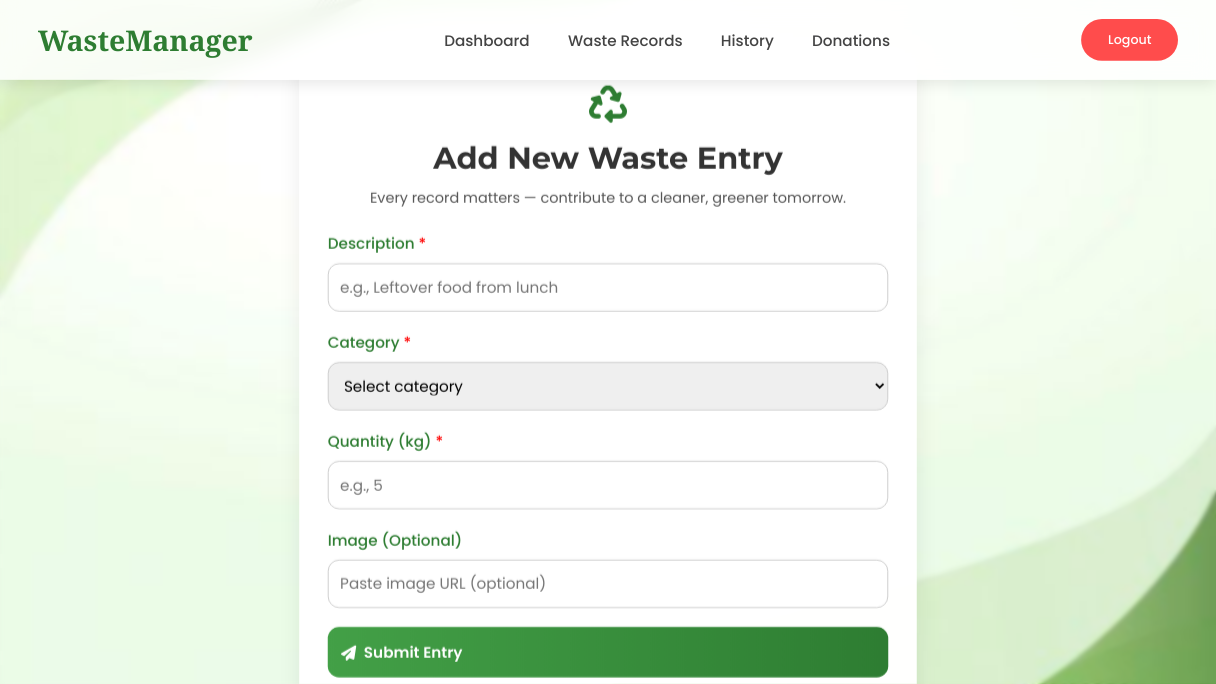
Repository: mahekagrawal25/restaurant-waste-management
Page: frontend/addwaste.html
These files come from the project's save history. The page is drawn as it stood at one moment and after a run of saves; the edit follows.
The browser window is 1280 px wide. The pictures show the whole page, at 95% of full size.

Above is the page before, as saved 2025-04-07 11:59:35.

### frontend/addwaste.html
<!DOCTYPE html>
<html lang="en">
  <head>
    <meta charset="UTF-8" />
    <meta name="viewport" content="width=device-width, initial-scale=1.0" />
    <title>Add Waste - WasteManager</title>
    <link rel="stylesheet" href="style.css" />
    <script src="script.js" defer></script>
    <link
      rel="stylesheet"
      href="https://cdnjs.cloudflare.com/ajax/libs/font-awesome/6.4.0/css/all.min.css"
    />
    <link
      href="https://fonts.googleapis.com/css2?family=Poppins:wght@400;500;600&family=Montserrat:wght@700&display=swap"
      rel="stylesheet"
    />














    <style>
        html, body {
          margin: 0;
          padding: 0;
          height: 100%;
          overflow: hidden; /* Prevent scroll */
          font-family: 'Poppins', sans-serif;
          background: url('./images/restro10.jpeg') no-repeat center center fixed;
          background-size: cover;
        }

        .page-wrapper {
  height: calc(100vh - 80px);
  display: flex;
  justify-content: center;
  align-items: center;
  padding: 40px 20px; /* Increased vertical padding */
  background-color: rgba(255, 255, 255, 0.1);
  backdrop-filter: blur(2px);
  -webkit-backdrop-filter: blur(2px);
}


        .waste-card {
          background: rgba(255, 255, 255, 0.98);
          border-radius: 20px;
          box-shadow: 0 8px 24px rgba(0, 0, 0, 0.08);
          width: 100%;
          max-width: 650px;
          padding: 40px 30px;
          box-sizing: border-box;
        }

        .card-header {
          text-align: center;
          margin-bottom: 25px;
        }

        .card-header h1 {
          font-size: 2rem;
          margin: 10px 0;
        }

        .card-header p {
          font-size: 0.95rem;
          color: #555;
        }

        .footer {
          display: none; /* Hiding footer to keep layout clean with no scroll */
        }
      </style>




  </head>
  <body>
    <header class="navbar">
      <div class="nav-container">
        <div class="logo">WasteManager</div>
        <nav>
          <a href="dashboard.html">Dashboard</a>
          <a href="waste-records.html" class="active">Waste Records</a>
          <a href="history.html">History</a>
          <a href="donations.html">Donations</a>
        </nav>
        <button id="logoutBtn" class="btn-logout">Logout</button>
      </div>
    </header>

    <div class="page-wrapper">
      <div class="waste-card">
        <div class="card-header">
          <i class="fas fa-recycle"></i>
          <h1>Add New Waste Entry</h1>
          <p>
            Every record matters — contribute to a cleaner, greener tomorrow.
          </p>
        </div>

        <form id="addWasteForm" class="waste-form">
          <div class="form-group">
            <label for="description">Description <span>*</span></label>
            <input
              type="text"
              id="description"
              name="description"
              required
              placeholder="e.g., Leftover food from lunch"
            />
          </div>

          <div class="form-group">
            <label for="category">Category <span>*</span></label>
            <select id="category" name="category" required>
              <option value="">Select category</option>
              <option value="Plastic">Plastic</option>
              <option value="Food">Food</option>
              <option value="Cardboard">Cardboard</option>
              <option value="Glass">Glass</option>
              <option value="Other">Other</option>
            </select>
          </div>

          <div class="form-group">
            <label for="quantity">Quantity (kg) <span>*</span></label>
            <input
              type="number"
              id="quantity"
              name="quantity"
              min="1"
              required
              placeholder="e.g., 5"
            />
          </div>

          <div class="form-group">
            <label for="image_url">Image (Optional)</label>
            <input
              type="url"
              id="image_url"
              name="image_url"
              placeholder="Paste image URL (optional)"
            />
          </div>

          <button type="submit" class="btn-submit">
            <i class="fas fa-paper-plane"></i> Submit Entry
          </button>
        </form>
      </div>
    </div>

    <footer class="footer">
      <p>&copy; 2025 WasteManager | All rights reserved</p>
    </footer>
  </body>
</html>

### frontend/style.css
/* ✅ General Styles */
* {
  margin: 0;
  padding: 0;
  box-sizing: border-box;
  font-family: 'Poppins', sans-serif;
}

body {
  background: linear-gradient(135deg, #2e7d32, #81c784);
  color: #333;
  min-height: 100vh;
  display: flex;
  flex-direction: column;
}

/* ✅ Navigation Bar */
.navbar {
  background: rgba(255, 255, 255, 0.85);
  backdrop-filter: blur(12px);
  box-shadow: 0 4px 15px rgba(0, 0, 0, 0.1);
  padding: 20px 40px;
  position: sticky;
  top: 0;
  z-index: 1000;
}

.nav-container {
  display: flex;
  justify-content: space-between;
  align-items: center;
  max-width: 1300px;
  margin: 0 auto;
}

.navbar .logo {
  font-size: 30px;
  font-weight: bold;
  color: #2e7d32;
  font-family: 'Georgia', serif;
}

nav a {
  margin: 0 18px;
  text-decoration: none;
  color: #444;
  font-weight: 500;
  transition: color 0.3s, transform 0.3s;
}

nav a:hover {
  color: #2e7d32;
  transform: scale(1.1);
}

.btn-logout {
  background: #ff4c4c;
  color: #fff;
  border: none;
  padding: 12px 28px;
  border-radius: 30px;
  cursor: pointer;
  font-weight: 500;
  transition: background 0.3s, transform 0.3s;
}

.btn-logout:hover {
  background: #e03c3c;
  transform: scale(1.05);
}

/* ✅ Main Content */
.container {
  width: 90%;
  max-width: 1300px;
  margin: 50px auto;
  flex: 1;
}

/* ✅ Welcome Section */
.welcome-section {
  text-align: center;
  margin-bottom: 70px;
}

.welcome-section h1 {
  font-size: 48px;
  color: #fff;
  margin-bottom: 12px;
  font-weight: 700;
  font-family: 'Cambria', serif;
}

.welcome-section p {
  font-size: 20px;
  color: #f0f0f0;
  opacity: 0.9;
}

/* ✅ Quick Actions Grid */
.actions-grid {
  display: grid;
  grid-template-columns: repeat(auto-fit, minmax(280px, 1fr));
  gap: 35px;
  margin-bottom: 70px;
}

.action-card {
  background: rgba(255, 255, 255, 0.85);
  backdrop-filter: blur(12px);
  border-radius: 20px;
  box-shadow: 0 10px 25px rgba(0, 0, 0, 0.1);
  padding: 35px;
  text-align: center;
  transition: transform 0.4s, box-shadow 0.4s;
  cursor: pointer;
}

.action-card:hover {
  transform: translateY(-12px);
  box-shadow: 0 14px 30px rgba(0, 0, 0, 0.2);
}

.action-card i {
  font-size: 52px;
  color: #2e7d32;
  margin-bottom: 25px;
}

.action-card h3 {
  font-size: 26px;
  color: #333;
  margin-bottom: 12px;
  font-weight: 700;
}

.action-card p {
  font-size: 18px;
  color: #555;
  opacity: 0.85;
}

/* ✅ Recent Activities */
.recent-activities {
  background: rgba(255, 255, 255, 0.9);
  padding: 35px;
  border-radius: 20px;
  box-shadow: 0 10px 25px rgba(0, 0, 0, 0.1);
}

.recent-activities h2 {
  font-size: 30px;
  margin-bottom: 25px;
  font-weight: 700;
  color: #333;
}

.activities-container {
  max-height: 350px;
  overflow-y: auto;
  padding: 15px;
}

.activities-container p {
  font-size: 18px;
  color: #555;
  opacity: 0.9;
}

/* ✅ Footer */
.footer {
  background: rgba(255, 255, 255, 0.9);
  backdrop-filter: blur(10px);
  color: #333;
  text-align: center;
  padding: 25px;
  box-shadow: 0 -5px 15px rgba(0, 0, 0, 0.1);
  font-weight: 600;
  font-size: 16px;
}





/* Activities Table Styles */
.activities-table-container {
  overflow-x: auto;
  margin-top: 1rem;
  background: white;
  border-radius: 8px;
  box-shadow: 0 2px 10px rgba(0,0,0,0.1);
  padding: 1rem;
}

#activitiesTable {
  width: 100%;
  border-collapse: collapse;
}

#activitiesTable th, #activitiesTable td {
  padding: 12px 15px;
  text-align: left;
  border-bottom: 1px solid #e0e0e0;
}

#activitiesTable th {
  background-color: #f5f5f5;
  font-weight: 600;
}

#activitiesTable tr:hover {
  background-color: #f9f9f9;
}

.btn-view-all {
  display: block;
  margin: 1rem auto 0;
  padding: 8px 16px;
  background: #4CAF50;
  color: white;
  border: none;
  border-radius: 4px;
  cursor: pointer;
}

.btn-view-all:hover {
  background: #45a049;
}




/* Activities Table Styles */
.activities-table-container {
  overflow-x: auto;
  margin-top: 1rem;
  background: white;
  border-radius: 8px;
  box-shadow: 0 2px 10px rgba(0,0,0,0.1);
  padding: 1rem;
}

#activitiesTable {
  width: 100%;
  border-collapse: collapse;
  font-size: 0.9rem;
}

#activitiesTable th {
  background-color: #f8f9fa;
  padding: 12px 15px;
  text-align: left;
  font-weight: 600;
}

#activitiesTable td {
  padding: 10px 15px;
  border-bottom: 1px solid #e9ecef;
}

.loading, .error {
  text-align: center;
  padding: 20px;
}

.loading {
  color: #6c757d;
}

.error {
  color: #dc3545;
}













.page-header {
  text-align: center;
  margin-top: 40px;
}

.page-header h1 {
  font-family: 'Montserrat', sans-serif;
  font-size: 2rem;
  color: #2e7d32;
}

.page-header p {
  font-size: 1rem;
  color: #555;
  margin-top: 8px;
}

.form-section {
  max-width: 600px;
  margin: 30px auto;
  background: #f9fff9;
  padding: 30px;
  border-radius: 16px;
  box-shadow: 0 6px 18px rgba(0, 0, 0, 0.06);
}

.waste-form .form-group {
  margin-bottom: 20px;
}

.waste-form label {
  display: block;
  font-weight: 500;
  margin-bottom: 8px;
}

.waste-form label span {
  color: red;
}

.waste-form input,
.waste-form select {
  width: 100%;
  padding: 12px 14px;
  font-size: 1rem;
  border: 1px solid #ccc;
  border-radius: 12px;
  outline: none;
  transition: border 0.3s ease;
}

.waste-form input:focus,
.waste-form select:focus {
  border-color: #4caf50;
}

.btn-submit {
  background-color: #4caf50;
  color: #fff;
  padding: 12px 20px;
  border: none;
  border-radius: 12px;
  cursor: pointer;
  font-weight: 600;
  font-size: 1rem;
  transition: background-color 0.3s ease;
  display: flex;
  align-items: center;
  gap: 8px;
}

.btn-submit:hover {
  background-color: #388e3c;
}




/* Hero Section */
.hero-header {
  background: linear-gradient(to right, #43a047, #2e7d32);
  color: white;
  padding: 60px 20px 40px;
  text-align: center;
  border-bottom-left-radius: 40px;
  border-bottom-right-radius: 40px;
  box-shadow: 0 8px 20px rgba(0, 0, 0, 0.1);
}

.hero-content i {
  font-size: 3rem;
  margin-bottom: 10px;
  animation: bounce 1s ease-in-out infinite alternate;
}

.hero-content h1 {
  font-family: 'Montserrat', sans-serif;
  font-size: 2.5rem;
  margin: 0;
}

.hero-content p {
  font-size: 1.1rem;
  margin-top: 10px;
  color: #e0f2f1;
}

/* Animation for Icon */
@keyframes bounce {
  0% { transform: translateY(0); }
  100% { transform: translateY(-5px); }
}


/* Make entire page fit on screen */
.page-wrapper {
  display: flex;
  justify-content: center;
  align-items: center;
  height: calc(100vh - 80px); /* Adjust for header/footer */
  padding: 20px;
  background-color: #f4f7f6;
}

/* Unified Card */
.waste-card {
  background: rgba(255, 255, 255, 0.98);
  border-radius: 20px;
  box-shadow: 0 8px 24px rgba(0, 0, 0, 0.08);
  width: 100%;
  max-width: 650px;

  /* Updated padding */
  padding: 60px 40px;
  box-sizing: border-box;
}

/* Header Inside Card */
.card-header {
  text-align: center;
  margin-bottom: 25px;
}

.card-header i {
  font-size: 2.5rem;
  color: #2e7d32;
  animation: bounce 1s infinite alternate;
}

.card-header h1 {
  margin: 10px 0 5px;
  font-family: 'Montserrat', sans-serif;
  font-size: 1.8rem;
}

.card-header p {
  font-size: 0.95rem;
  color: #555;
}

/* Form Fields */
.waste-form .form-group {
  margin-bottom: 20px;
}

.waste-form label {
  display: block;
  margin-bottom: 8px;
  font-weight: 500;
  color: #2e7d32;
}

.waste-form input,
.waste-form select {
  width: 100%;
  padding: 12px;
  border: 1px solid #ccc;
  border-radius: 12px;
  font-size: 1rem;
  transition: border 0.3s ease;
}

.waste-form input:focus,
.waste-form select:focus {
  border-color: #2e7d32;
  outline: none;
}

/* Submit Button */
.btn-submit {
  width: 100%;
  background: linear-gradient(to right, #43a047, #2e7d32);
  color: white;
  padding: 14px;
  font-size: 1rem;
  border: none;
  border-radius: 12px;
  cursor: pointer;
  transition: background 0.3s ease;
}

.btn-submit:hover {
  background: linear-gradient(to right, #388e3c, #1b5e20);
}

/* Icon Animation */
@keyframes bounce {
  0% { transform: translateY(0); }
  100% { transform: translateY(-5px); }
}

### frontend/script.js
// 🌟 DOMContentLoaded event
document.addEventListener("DOMContentLoaded", () => {
  const token = localStorage.getItem("token");
  const userName = localStorage.getItem("username") || "User";
  const isDashboard = window.location.pathname.includes("dashboard.html");
  const isLogin = window.location.pathname.includes("index.html");

  // ✅ Display username dynamically
  const userNameElement = document.getElementById("userName");
  if (userNameElement) userNameElement.textContent = userName;

  // ✅ Redirect logic based on token
  handleRedirection(token, isDashboard, isLogin);

  // ✅ Load dashboard data if logged in
  if (isDashboard && token) {
    loadDashboardData(token);
  }
});

// 🚀 Reusable redirection handler
function handleRedirection(token, isDashboard, isLogin) {
  if (!token && isDashboard) {
    console.log("No token, redirecting to login...");
    window.location.href = "index.html";
  } else if (token && isLogin) {
    console.log("User already logged in, redirecting to dashboard...");
    window.location.href = "dashboard.html";
  }
}

// 🔥 Load dashboard data with error handling
async function loadDashboardData(token) {
  const activitiesTableBody = document.getElementById("activitiesTableBody");

  if (!activitiesTableBody) {
    console.error("Error: Couldn't find the activities table");
    return;
  }

  try {
    // Show loading state
    activitiesTableBody.innerHTML = `
      <tr>
        <td colspan="5" class="loading">Loading activities...</td>
      </tr>
    `;

    // Fetch combined activities
    const response = await fetch("http://localhost:5000/api/auth/dashboard/activities", {
      method: "GET",
      headers: { Authorization: `Bearer ${token}` }
    });

    if (!response.ok) throw new Error(`HTTP error! status: ${response.status}`);

    const activities = await response.json();

    // Clear loading state
    activitiesTableBody.innerHTML = "";

    // Process and display activities
    if (activities.length === 0) {
      activitiesTableBody.innerHTML = `
        <tr>
          <td colspan="5">No recent activities found</td>
        </tr>
      `;
      return;
    }

    activities.forEach(activity => {
      const row = document.createElement("tr");

      // Common fields
      const date = new Date(activity.created_at).toLocaleDateString();

      // Type-specific rendering
      if (activity.type === 'waste') {
        row.innerHTML = `
          <td>🗑️ Waste</td>
          <td>${activity.description}</td>
          <td>${activity.category}</td>
          <td>${activity.quantity} ${activity.category === 'Food' ? 'kg' : 'units'}</td>
          <td>${date}</td>
        `;
      }
      else if (activity.type === 'donation') {
        row.innerHTML = `
          <td>♻️ Donation</td>
          <td>${activity.description}</td>
          <td>Donor: ${activity.donor_name}</td>
          <td>${activity.quantity} items</td>
          <td>${date}</td>
        `;
      }
      else if (activity.type === 'collection') {
        row.innerHTML = `
          <td>🚛 Collection</td>
          <td>${activity.description}</td>
          <td>${activity.status}</td>
          <td>-</td>
          <td>${new Date(activity.pickup_date).toLocaleDateString()}</td>
        `;
      }

      activitiesTableBody.appendChild(row);
    });

  } catch (error) {
    console.error("Error loading activities:", error);
    activitiesTableBody.innerHTML = `
      <tr>
        <td colspan="5" class="error">Failed to load activities. Please try again.</td>
      </tr>
    `;
  }
}
// 🌟 Login form submission
document.getElementById("loginForm")?.addEventListener("submit", async (event) => {
  event.preventDefault();

  const email = document.getElementById("email").value;
  const password = document.getElementById("password").value;
  const message = document.getElementById("message");

  try {
    const response = await fetch("http://localhost:5000/api/auth/login", {
      method: "POST",
      headers: { "Content-Type": "application/json" },
      body: JSON.stringify({ email, password })
    });

    const data = await response.json();

    if (response.ok) {
      localStorage.setItem("token", data.token);
      localStorage.setItem("username", data.username);

      message.textContent = "Login successful! Redirecting...";
      message.classList.remove("text-red-500");
      message.classList.add("text-green-500");

      setTimeout(() => {
        window.location.href = "dashboard.html";
      }, 1500);
    } else {
      message.textContent = data.message || "Invalid credentials.";
      message.classList.add("text-red-500");
    }
  } catch (error) {
    console.error("Server error:", error);
    message.textContent = "Server error. Please try again later.";
    message.classList.add("text-red-500");
  }
});

// 🚀 Logout handler
document.getElementById("logoutBtn")?.addEventListener("click", logoutUser);

function logoutUser() {
  localStorage.removeItem("token");
  localStorage.removeItem("username");
  window.location.href = "index.html";
}

// ✅ Signup form submission
document.getElementById("signupForm")?.addEventListener("submit", async (event) => {
  event.preventDefault();

  const username = document.getElementById("username").value.trim();
  const email = document.getElementById("email").value.trim();
  const password = document.getElementById("password").value.trim();
  const message = document.getElementById("signupMessage");

  // ✅ Basic validation
  if (!username || !email || !password) {
    message.textContent = "All fields are required.";
    message.classList.add("text-red-500");
    return;
  }

  try {
    const response = await fetch("http://localhost:5000/api/auth/signup", {
      method: "POST",
      headers: { "Content-Type": "application/json" },
      body: JSON.stringify({ username, email, password }),
    });

    const data = await response.json();

    if (response.ok) {
      message.textContent = "Signup successful! Redirecting to login...";
      message.classList.remove("text-red-500");
      message.classList.add("text-green-500");

      setTimeout(() => {
        window.location.href = "index.html";
      }, 1500);
    } else {
      message.textContent = data.message || "Signup failed. Please try again.";
      message.classList.add("text-red-500");
    }
  } catch (error) {
    console.error("Server error:", error);
    message.textContent = "Server error. Please try again later.";
    message.classList.add("text-red-500");
  }
});

After the next 2 saves:
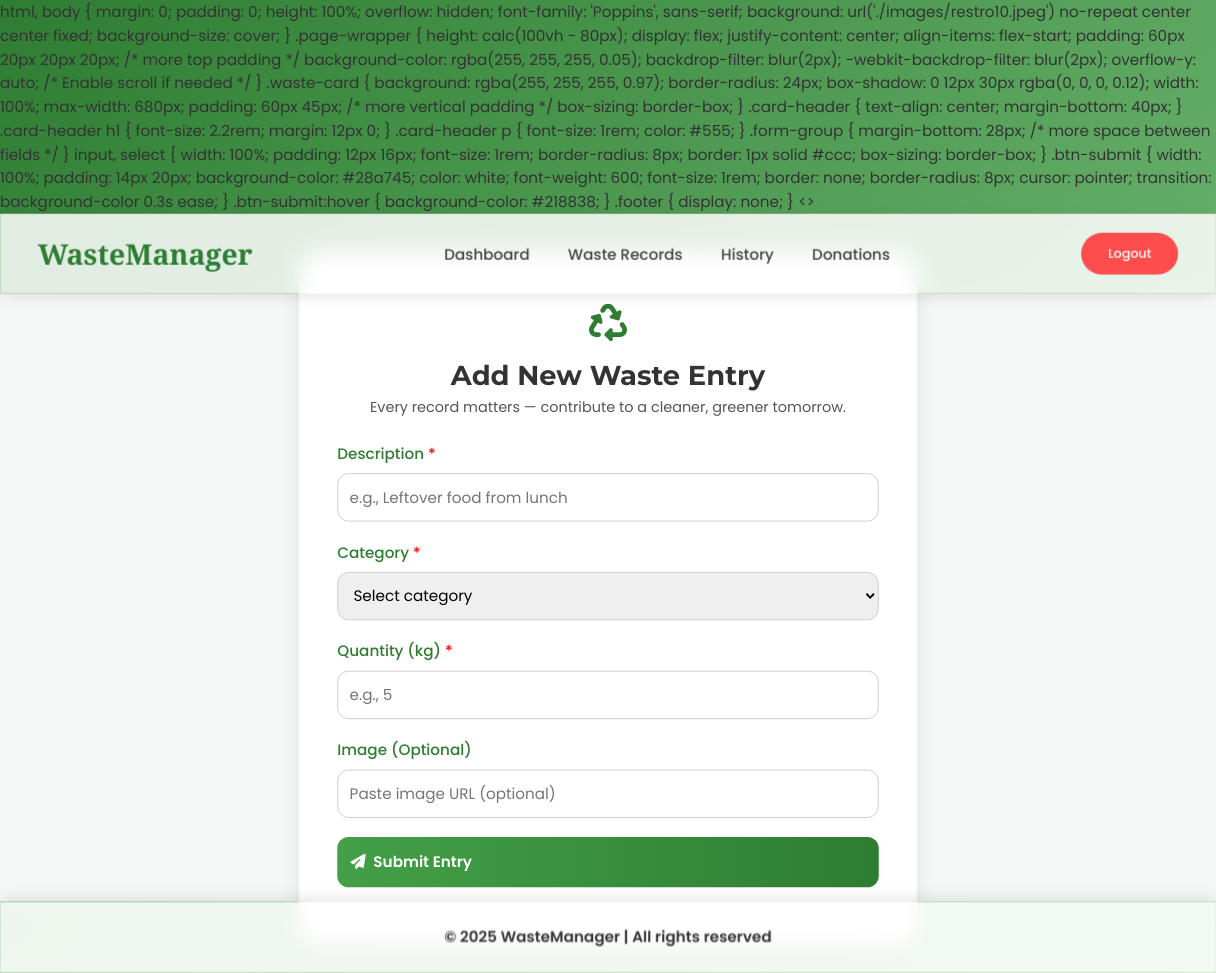
The 2 saves are shown as one change because they came seconds apart.
The last was saved 17 s later.
--- a/frontend/addwaste.html
+++ b/frontend/addwaste.html
@@ -28,58 +28,87 @@
 
 
 
-    <style>
-        html, body {
-          margin: 0;
-          padding: 0;
-          height: 100%;
-          overflow: hidden; /* Prevent scroll */
-          font-family: 'Poppins', sans-serif;
-          background: url('./images/restro10.jpeg') no-repeat center center fixed;
-          background-size: cover;
-        }
+    html, body {
+  margin: 0;
+  padding: 0;
+  height: 100%;
+  overflow: hidden;
+  font-family: 'Poppins', sans-serif;
+  background: url('./images/restro10.jpeg') no-repeat center center fixed;
+  background-size: cover;
+}
 
-        .page-wrapper {
+.page-wrapper {
   height: calc(100vh - 80px);
   display: flex;
   justify-content: center;
-  align-items: center;
-  padding: 40px 20px; /* Increased vertical padding */
-  background-color: rgba(255, 255, 255, 0.1);
+  align-items: flex-start;
+  padding: 60px 20px 20px 20px; /* more top padding */
+  background-color: rgba(255, 255, 255, 0.05);
   backdrop-filter: blur(2px);
   -webkit-backdrop-filter: blur(2px);
+  overflow-y: auto; /* Enable scroll if needed */
 }
 
+.waste-card {
+  background: rgba(255, 255, 255, 0.97);
+  border-radius: 24px;
+  box-shadow: 0 12px 30px rgba(0, 0, 0, 0.12);
+  width: 100%;
+  max-width: 680px;
+  padding: 60px 45px; /* more vertical padding */
+  box-sizing: border-box;
+}
 
-        .waste-card {
-          background: rgba(255, 255, 255, 0.98);
-          border-radius: 20px;
-          box-shadow: 0 8px 24px rgba(0, 0, 0, 0.08);
-          width: 100%;
-          max-width: 650px;
-          padding: 40px 30px;
-          box-sizing: border-box;
-        }
+.card-header {
+  text-align: center;
+  margin-bottom: 40px;
+}
 
-        .card-header {
-          text-align: center;
-          margin-bottom: 25px;
-        }
+.card-header h1 {
+  font-size: 2.2rem;
+  margin: 12px 0;
+}
 
-        .card-header h1 {
-          font-size: 2rem;
-          margin: 10px 0;
-        }
+.card-header p {
+  font-size: 1rem;
+  color: #555;
+}
 
-        .card-header p {
-          font-size: 0.95rem;
-          color: #555;
-        }
+.form-group {
+  margin-bottom: 28px; /* more space between fields */
+}
 
-        .footer {
-          display: none; /* Hiding footer to keep layout clean with no scroll */
-        }
-      </style>
+input, select {
+  width: 100%;
+  padding: 12px 16px;
+  font-size: 1rem;
+  border-radius: 8px;
+  border: 1px solid #ccc;
+  box-sizing: border-box;
+}
+
+.btn-submit {
+  width: 100%;
+  padding: 14px 20px;
+  background-color: #28a745;
+  color: white;
+  font-weight: 600;
+  font-size: 1rem;
+  border: none;
+  border-radius: 8px;
+  cursor: pointer;
+  transition: background-color 0.3s ease;
+}
+
+.btn-submit:hover {
+  background-color: #218838;
+}
+
+.footer {
+  display: none;
+}
+<>
 
 
 
